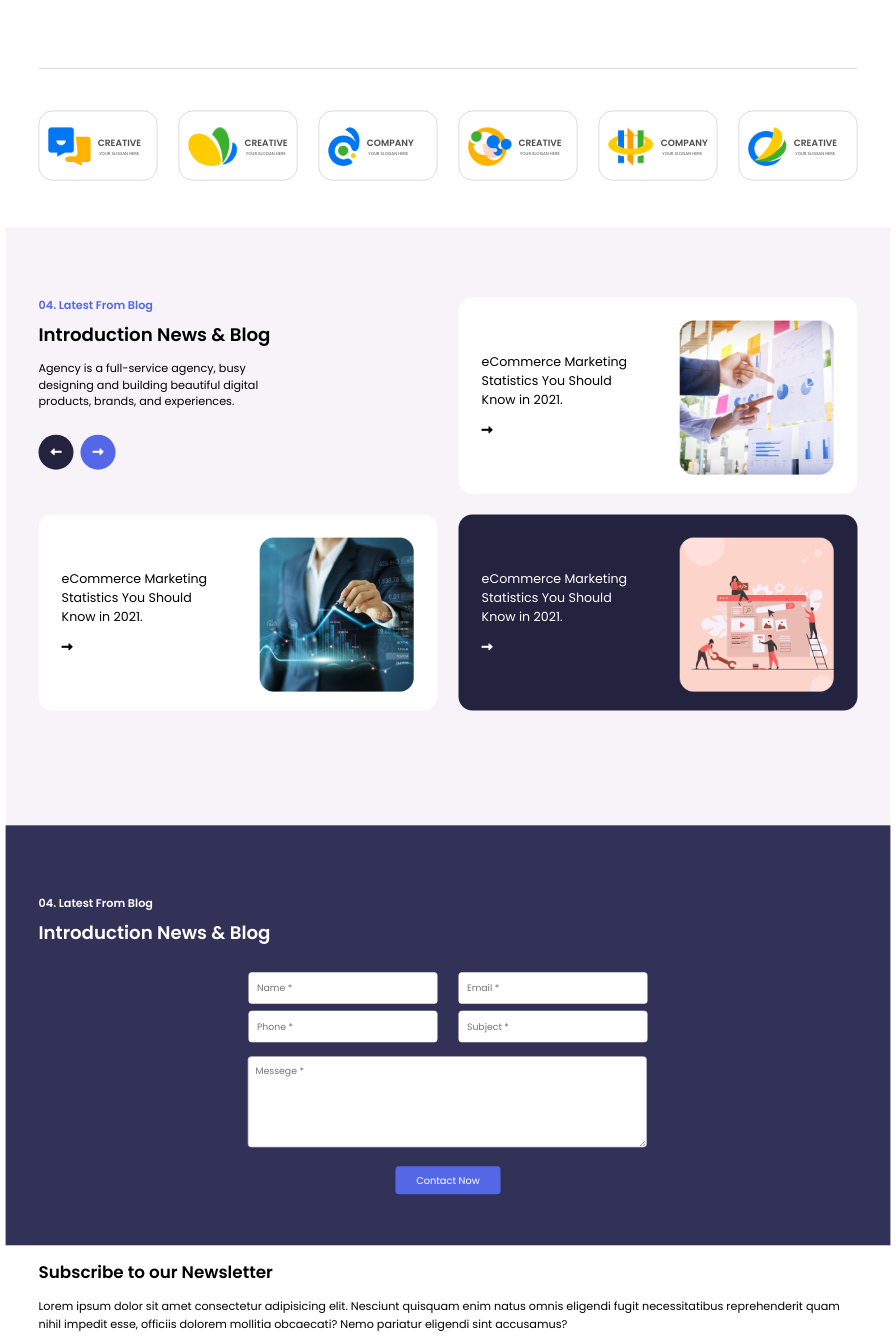
Repository: tranchi0120/LangdingPage-Htmlcss-Ago
Page: index.html
The author's editor kept a copy of each file at every save. The page is drawn from the files as they stood at one save, then again after the next save.
The browser window is 1280 px wide. The pictures show the part of the page from y = 3170 to 5090 px (the page is 5090 px tall before and 5065 px after), at 70% of full size.
Some web libraries are served in a nearby version. The style sheet was rebuilt from its Sass, Less or Tailwind sources for each picture, by a compiler version that may differ from the author's.

Above is the page before, as saved 2022-07-15 11:43:02.

After the next save:
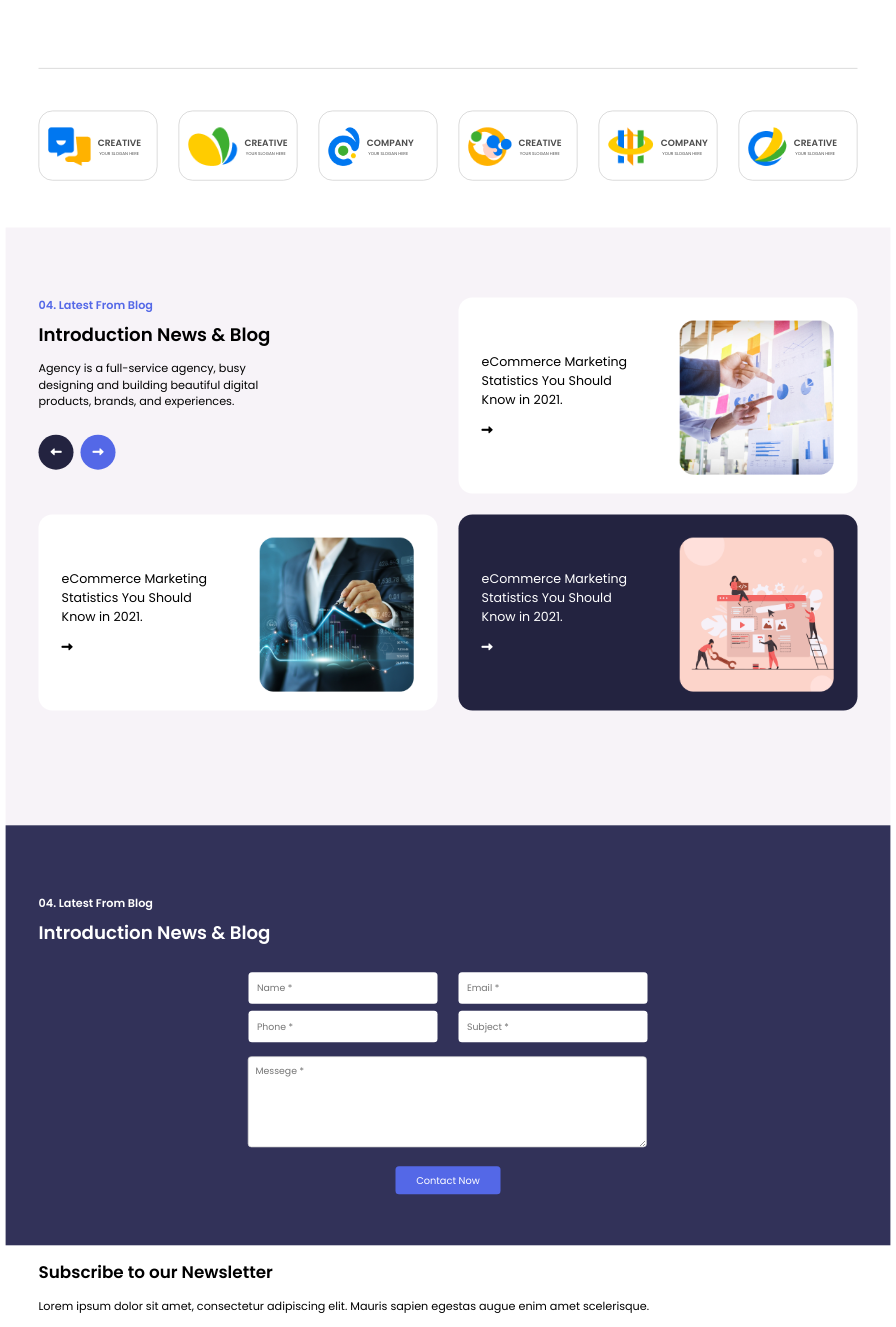
Saved 8 s later.
--- a/index.html
+++ b/index.html
@@ -381,9 +381,8 @@
                         Subscribe to our Newsletter
                     </h2>
                     <p class="subscribe-text">
-                        Lorem ipsum dolor sit amet consectetur adipisicing elit. Nesciunt quisquam enim natus omnis
-                        eligendi fugit necessitatibus reprehenderit quam nihil impedit esse, officiis dolorem mollitia
-                        obcaecati? Nemo pariatur eligendi sint accusamus?
+                        Lorem ipsum dolor sit amet, consectetur adipiscing elit. Mauris sapien egestas augue enim amet
+                        scelerisque.
                     </p>
                 </div>
             </div>
